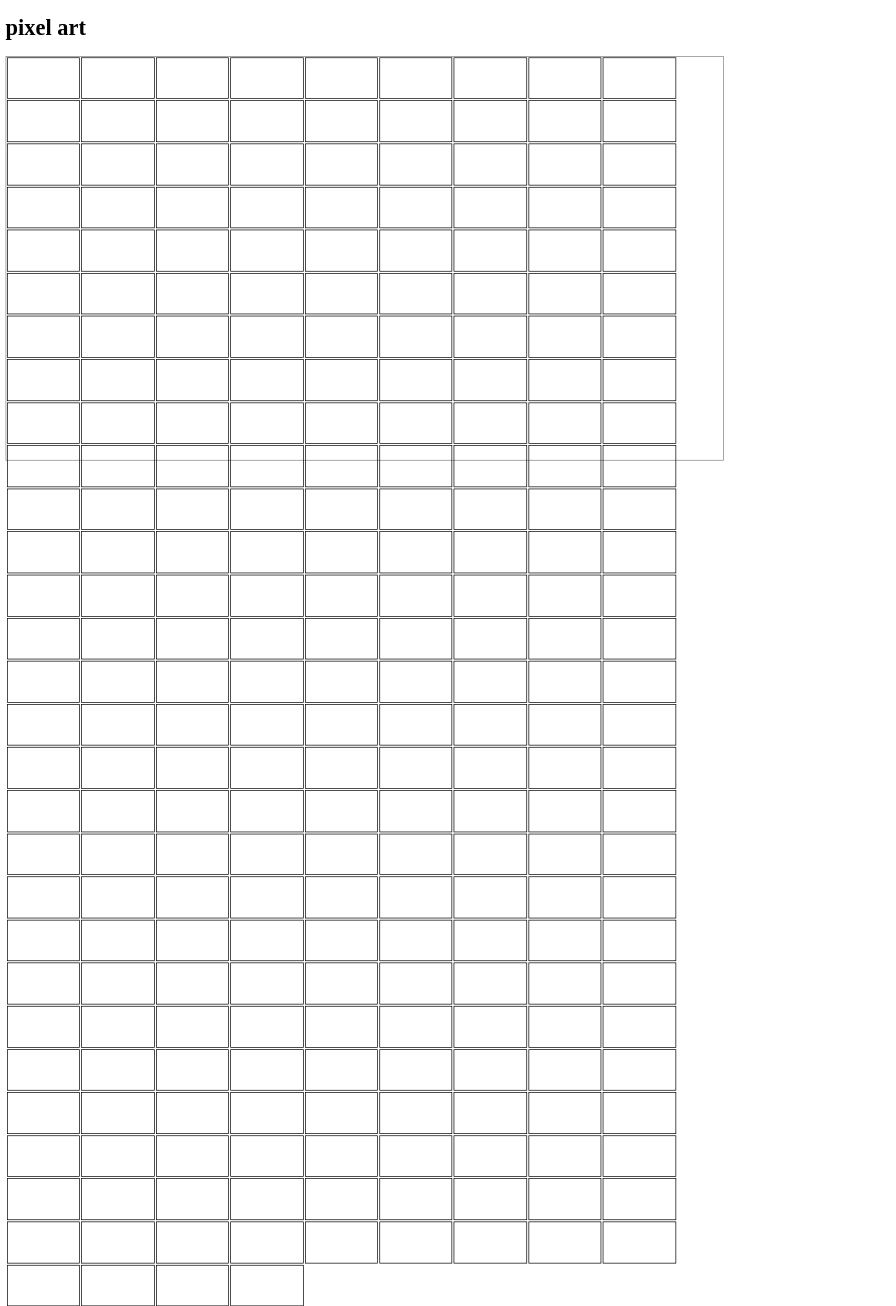
Repository: bechara611/pixelartdb
Page: /
An editor plug-in stored every save of this project. The page is shown before and after the next save, followed by the edit.
The browser window is 1280 px wide. The pictures show the whole page, at 70% of full size.
The project was rebuilt for these pictures with package versions that can differ from the ones it lists, and the page was loaded fresh each time. Also part of the build but not shown: vite.config.js.

Above is the page before, as saved 2023-03-05 19:41:49.

### src/main.jsx
import React from 'react'
import ReactDOM from 'react-dom/client'
import App from './App'


ReactDOM.createRoot(document.getElementById('root')).render(

    <App />

)

### src/App.jsx

import { useState } from 'react'
import './App.css'
import { Pixel } from './Pixel'

const App=()=> {
const  [pixels, setPixels] = useState(
  Array.from({length:16*16})
)
const funcionArray=(index)=>{
  let nuevoArray = [...pixels]
  console.log(index)
 console.log(!nuevoArray[index])
}

  return (
    <>
      <h1>pixel art</h1>

      <div className="contenedor">
      {
        pixels.map((a,index)=>{
          return <Pixel key={index}
                  funcion={()=>funcionArray(index)}
          ></Pixel>
        })
      }

      </div>
    </>
  )
}

export default App

### src/App.css

.pixel{
  width: 10%;
  height: 10%;
  border: 1px solid black;
  margin: 1px;

}
.active{
  background: green;
}

.contenedor{

  display: flex;
  flex-direction: row;
  flex-wrap: wrap;
  width: fit-content;
  border: 1px solid grey;
  height: 80vh;

}

### src/Pixel.jsx
import React, { useState } from 'react'
import './App.css'
import {selectableGroup, createSelectable} from 'react-selectable-fast'
export const Pixel = (props) => {
    const [isActive, setisActive] = useState(false)
  return (

 <div className={`pixel ${props.active ? 'active' : ''}`} style={{ background:props.active ? props.color : ''}}
 onClick={()=>{
    setisActive(!isActive)
    props.funcion();
}}
onMouseDown={()=>{props.onMouseDown()}}
onMouseUp={()=>{props.onMouseUp()}}
onTouchEnd={()=>{props.onMouseUp()}}
onMouseOver={()=>{props.onMouseOver()}}
onTouchStart={()=>{{
    props.onMouseDown()
    props.onMouseOver()}}}
 >

 </div>
  )
}

Loaded but not shown: index.html (common file)

After the next save:
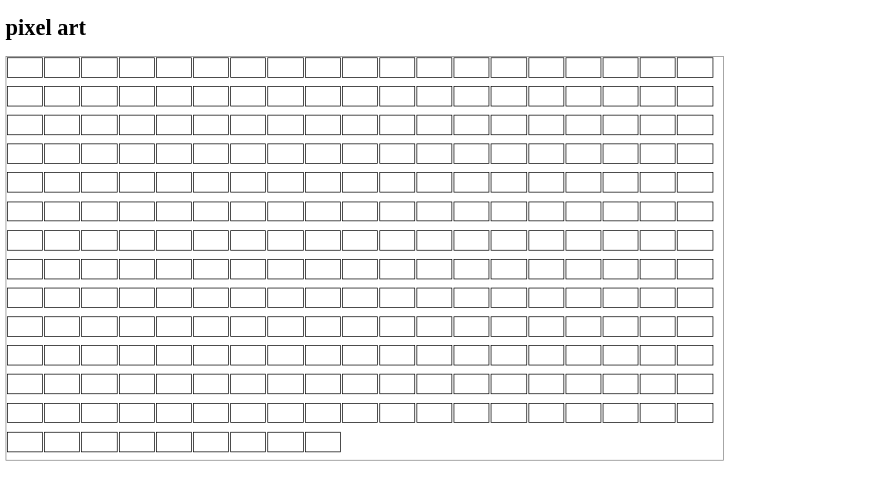
Saved 108 s later.
--- a/src/App.css
+++ b/src/App.css
@@ -1,9 +1,10 @@
 
 .pixel{
-  width: 10%;
-  height: 10%;
+  width: calc(100%/20);
+  height: calc(100%/20);
   border: 1px solid black;
   margin: 1px;
+  box-sizing: border-box;
 
 }
 .active{
